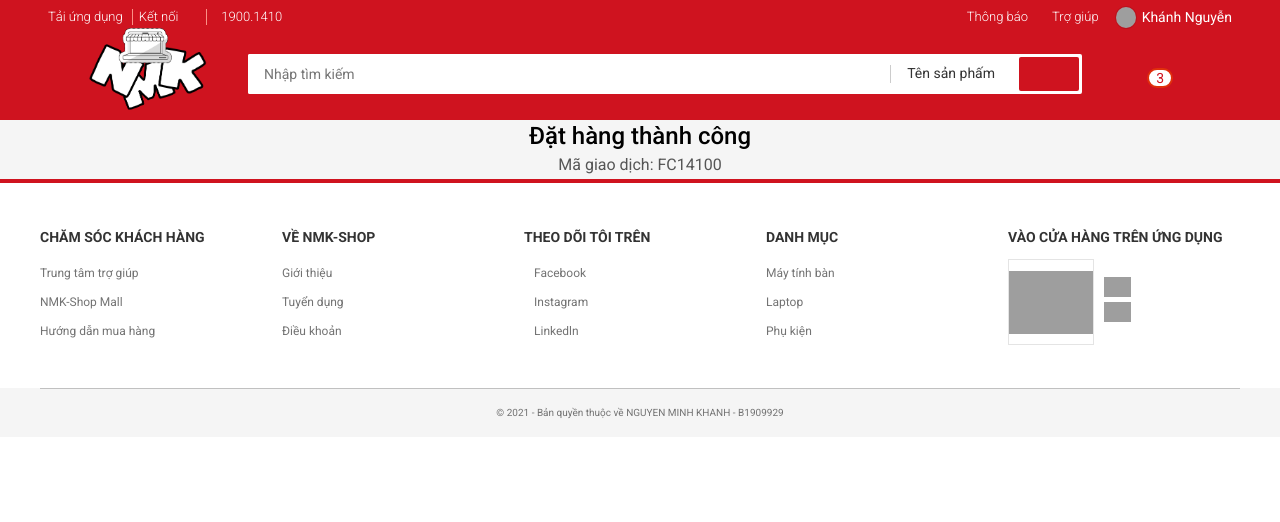
Repository: NguyenMinhKhanhB1909929/NMK-Shop
Page: orderedSuccess.html
The author's editor kept a copy of each file at every save. The page is drawn from the files as they stood at one save, then again after the next save.
The browser window is 1280 px wide. The pictures show the whole page.
Pictures or frames that could not be fetched are drawn as grey boxes. Some icons come from a web library that is not loaded, so they are not drawn.

Above is the page before, as saved 2021-12-04 15:53:23.
Console error: TypeError: Cannot set properties of null (setting 'onclick')

After the next save:
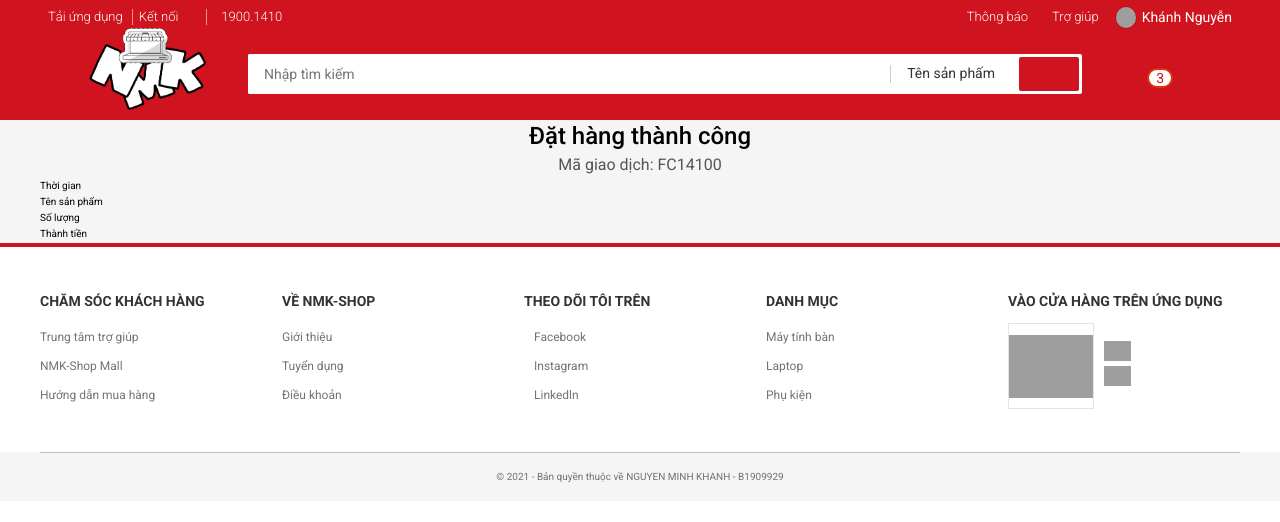
Saved 4 min 50 s later.
--- a/orderedSuccess.html
+++ b/orderedSuccess.html
@@ -374,6 +374,14 @@
             <div class="ordered__success-titile">Đặt hàng thành công</div>
             <div class="ordered__success-id">Mã giao dịch: FC14100</div>
           </div>
+          <div class="ordered__success-table">
+            <div class="ordered__success-table-title">
+              <div class="ordered__success-table-title-time">Thời gian</div>
+              <div class="ordered__success-table-title-name">Tên sản phẩm</div>
+              <div class="ordered__success-table-title-quantity">Số lượng</div>
+              <div class="ordered__success-table-title-price">Thành tiền</div>
+            </div>
+          </div>
         </div>
       </div>
 
